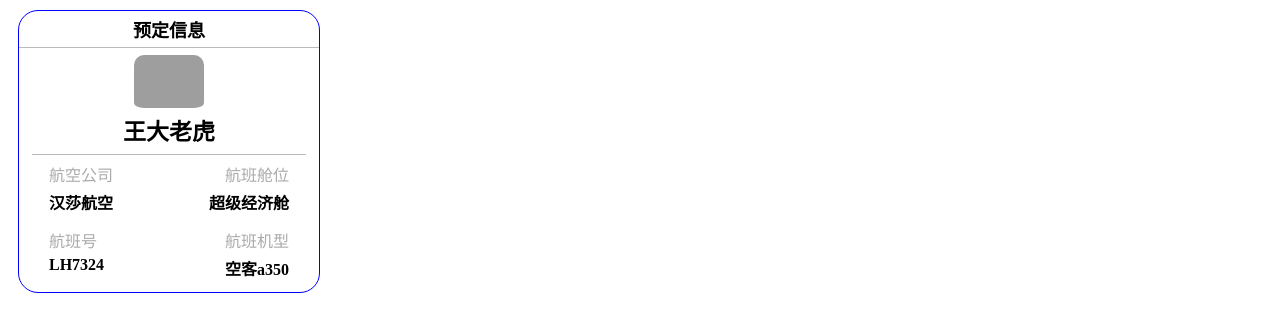
Repository: xzm1997/react-learning
Page: /
The author's editor kept a copy of each file at every save. The page is drawn from the files as they stood at one save, then again after the next save.
The browser window is 1280 px wide. The pictures show the whole page.
Pictures or frames that could not be fetched are drawn as grey boxes. The project was rebuilt for these pictures with package versions that can differ from the ones it lists, and the page was loaded fresh each time. Also part of the build but not shown: src/index.css.

Above is the page before, as saved 2023-02-11 10:21:44.

### src/index.js
import React from 'react';
import ReactDOM from 'react-dom/client';
import './index.css';

import BookInfo from './component/BookInfo/BookInfo.js'


export function Root() {
  const userName = '王大老虎';
  const ticketInfo = {
    airline : '汉莎航空',
    flightNum : 'LH7324',
    level : '超级经济舱',
    plane : '空客a350'
  }
  return (
    <div>
      <BookInfo
        userName={userName}
        ticketInfo={ticketInfo}
      />
    </div>
  )
}

// ========================================

const root = ReactDOM.createRoot(document.getElementById("root"));
root.render(<Root />);

### src/component/BookInfo/BookInfo.js
import React from 'react';
import './BookInfo.css'

function UserInfo(props) {
  return (
    <div className='userInfo'>
      <img
        src='https://img1.baidu.com/it/u=1964469406,3571897169&fm=253&fmt=auto&app=138&f=JPEG?w=500&h=500'
        alt='ava'
        className='ava'
      ></img>
      <div className='userName'>{props.userName}</div>
    </div>
  )
}

function InfoShow(props) {
  if (props.content) {return (
    <div className='infoShow'>
      <div className='bookTitle'>{props.title}</div>
      <div className='bookContent'>{props.content}</div>
    </div>
  )} else {return (
    <div className='infoShow'>
      <div className='bookTitle'>{props.title}</div>
      <div className='bookContent'><br /></div>
    </div>
  )}
}

export default class BookInfo extends React.Component {
  render() {
    return (
      <div className='contentDisplay'>
        <div className='totalTitle'>预定信息</div>
        <UserInfo userName={this.props.userName} />
        <div className='infoDisplay'>
          <div className='infoItem leftSide'>
            {/* <InfoShow title='航空公司' content={this.props.ticketInfo.airline}/> */}
            <InfoShow title='航空公司' content={this.props.ticketInfo.airline}/>
            <InfoShow title='航班号' content={this.props.ticketInfo.flightNum}/>
          </div>
          <div className='infoItem rightSide'>
            <InfoShow title='航班舱位' content={this.props.ticketInfo.level}/>
            <InfoShow title='航班机型' content={this.props.ticketInfo.plane}/>
          </div>
        </div>
      </div>
      )
  }

}

### src/component/BookInfo/BookInfo.css
.contentDisplay {
  width: 300px;
  border: solid 1px #00f;
  /* background: lemonchiffon; */
  border-radius: 20px;
  padding:5px 0;
  margin: 10px;
  display: flex;
  flex-direction: column;
  align-items: center;
}

.userInfo {
  display: flex;
  flex-direction: column;
  align-items: center;
  width: 260px;
  padding: 7px;
  border-bottom: solid 1px #bbb;
}

.ava {
  width: 70px;
  border-radius: 10px;
  padding-bottom: 5px;
}

.userName {
  font-weight: 700;
  font-size: 23px;
}

.bookTitle {
  color: #aaa;
}

.totalTitle {
  font-size: 18px;
  font-weight: 700;
  text-align: center;
  width: 300px;
  padding-bottom: 5px;
  border-bottom: solid 1px #bbb;
}

.bookContent {
  font-weight: 700;
}

.infoShow {
  padding: 5px 0;
}

.bookTitle {
  padding: 2px 0;
}

.bookContent {
  padding: 2px 0;
}

.infoDisplay {
  display: flex;
}

.infoItem {
  width: 120px;
}

.rightSide {
  text-align: right;
}

Loaded but not shown: public/index.html (common file)

After the next save:
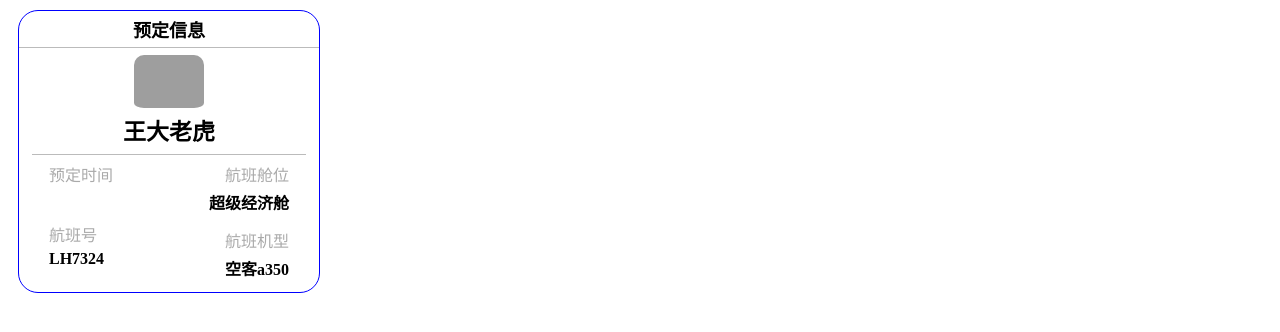
Saved 19 s later.
--- a/src/component/BookInfo/BookInfo.js
+++ b/src/component/BookInfo/BookInfo.js
@@ -37,7 +37,7 @@ export default class BookInfo extends React.Component {
         <div className='infoDisplay'>
           <div className='infoItem leftSide'>
             {/* <InfoShow title='航空公司' content={this.props.ticketInfo.airline}/> */}
-            <InfoShow title='航空公司' content={this.props.ticketInfo.airline}/>
+            <InfoShow title='预定时间' content={this.state}/>
             <InfoShow title='航班号' content={this.props.ticketInfo.flightNum}/>
           </div>
           <div className='infoItem rightSide'>
